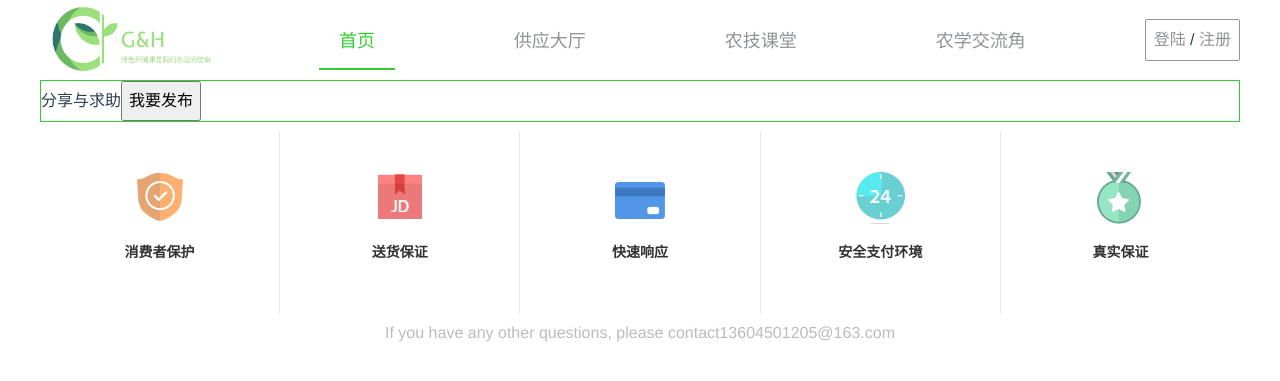
Repository: Miraitowa007/neau
Page: /communication
The author's editor kept a copy of each file at every save. The page is drawn from the files as they stood at one save, then again after the next save.
The browser window is 1280 px wide. The pictures show the whole page.
The project was rebuilt for these pictures with package versions that can differ from the ones it lists, and the page was loaded fresh each time. Also part of the build but not shown: vue.config.js, src/views/home/index.vue, src/views/login/index.vue, src/views/sale/index.vue, src/views/class/index.vue.

Above is the page before, as saved 2021-04-30 11:08:47.

After the next save:
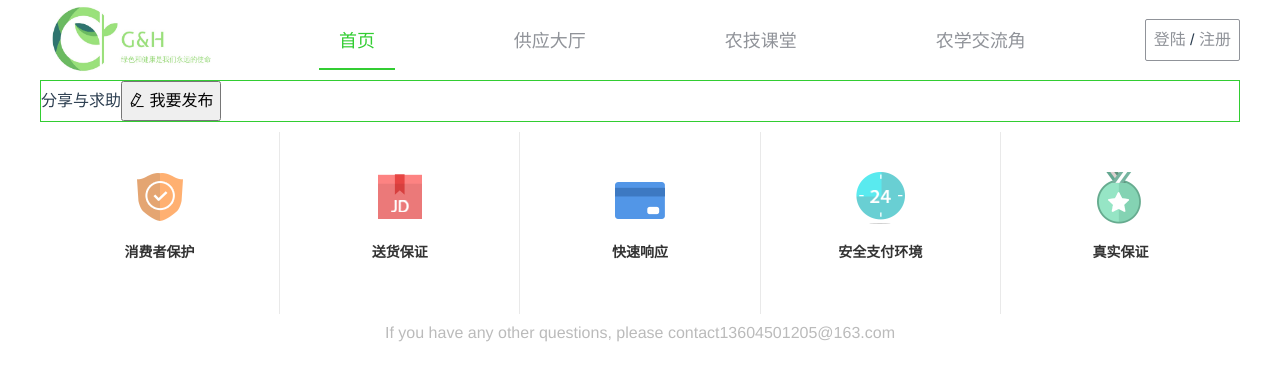
Saved 53 s later.
--- a/src/views/communication/index.vue
+++ b/src/views/communication/index.vue
@@ -2,7 +2,10 @@
     <div class="communication">
         <header class="header">
             <div class="share">分享与求助</div>
-            <button class="publish">我要发布</button>
+            <button class="publish">
+                <i class="el-icon-edit"></i>
+                我要发布
+            </button>
         </header>
     </div>
 </template>
